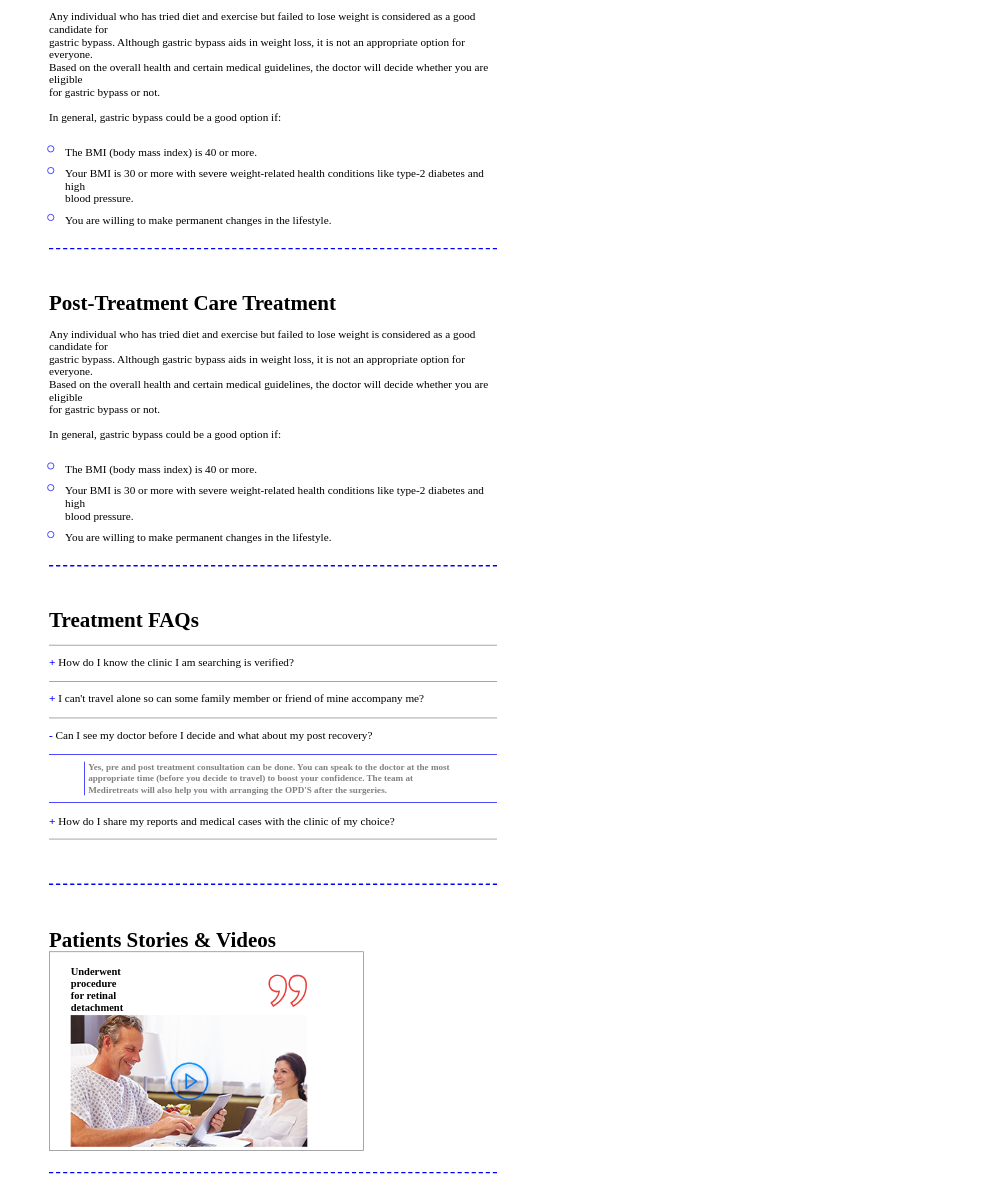
Repository: hetuk2005/webDevelopment
Page: Projects/Aafiya.html
These files come from the project's save history. The page is drawn as it stood at one moment and after the next save; the edit follows.
The browser window is 1280 px wide. The page is 1438 px wide, so the pictures cover 1438 px, including what lies to the right of the window. The pictures show the part of the page from y = 2793 to 4513 px (the page is 4479 px tall before and 4513 px after), at 70% of full size.

Above is the page before, as saved 2025-04-08 10:39:56.

### Projects/Aafiya.html
<!DOCTYPE html>
<html lang="en">

<head>
    <meta charset="UTF-8" />
    <meta name="viewport" content="width=device-width, initial-scale=1.0" />
    <title>Hetuk</title>
    <link rel="stylesheet" href="./CSS/Aafiya.css" />
</head>

<body>
    <nav>
        <div class="child1">
            <div class="images">
                <img src="./Images/Aafiya Logo.svg" alt="Aafiya Logo" class="img1" /><br />
                <img src="./Images/Logo 2.png" alt="Logo" class="img2" />
            </div>
            <div class="image_text">
                <div class="book_text">
                    <img src="./Images/Book.svg" alt="Book" class="img3" />
                    <div class="grid">
                        <br />
                        <p class="text">Second Medical Option</p>
                        <p class="text1">Book Consultation</p>
                    </div>
                </div>
                <div class="call_text">
                    <img src="./Images/Call.svg" alt="Call" class="img4" /><br />
                    <div class="grid">
                        <br />
                        <p class="text">Call Us On</p>
                        <p class="text1">985 896 2222</p>
                    </div>
                </div>
                <div class="mail_text">
                    <img src="./Images/Mail.png" alt="Mail" class="img5" />
                    <div class="grid">
                        <br />
                        <p class="text">Email Us On</p>
                        <p class="text1">info@mediretreats.com</p>
                    </div>
                </div>
                <div class="India">
                    <img src="./Images/India.svg" alt="India Flag" class="img6" />
                    <img src="./Images/Dropdown Arrow.svg" alt="Dropdown Arrow" class="img7" />
                </div>
            </div>
        </div>
        <div class="child2">
            <ul>
                <li>Home</li>
                <li>About Us</li>
                <li>Treatments +</li>
                <li>Destinations +</li>
                <li>Hospitals</li>
                <li>FAQs</li>
                <li>Blog</li>
                <li>Request A Quote</li>
            </ul>
            <input type="search" placeholder="Search" />
        </div>
    </nav>
    <div class="home_img">
        <div class="home_child">
            <p class="home_content">Home</p>
            <span> > </span>
            <p class="home_content">Treatments</p>
            <span> > </span>
            <p class="home_content">Orthopaedics</p>
            <span> > </span>
            <p class="home_content">Knee Replacement</p>
        </div>
        <br />
        <h3>Total Knee Replacement</h3>
        <p class="home_description">
            Total knee replacement is a surgery to remove and replace the whole<br /> damaged knee joint with an artificial joint.
        </p>
        <br />
        <button class="enquire_now">Enquire Now</button>
    </div>
    <div class="nav2">
        <ul>
            <li class="list">Overview</li>
            <li>Eligibility</li>
            <li>Preparation</li>
            <li>About Treatment</li>
            <li>Post-Treatment Care</li>
            <li>Recovery Tips</li>
            <li>FAQs</li>
            <li>Patients Stories</li>
        </ul>
    </div>
    <div class="treatment_overview">
        <div class="treatment_text">
            <h3>Treatment Overview</h3>
            <br />
            <p>
                Lorem ipsum dolor sit amet consectetur adipisicing elit.<br /> Earum, culpa vel debitis incidunt non quis.
            </p>
            <br />
            <p>
                Lorem ipsum dolor sit amet consectetur adipisicing elit.<br /> aliquam repudiandae, corporis consectetur dolorem eum.<br /> facilis quasi, praesentium inventore expedita quo hic.
            </p>
            <br />
            <p>
                Lorem ipsum dolor sit amet culpa vel debitis<br /> consectetur, adipisicing elit. Adipisci, nemo.
            </p>
            <br />
        </div>
        <div class="treatment_img">
            <img src="./Images/treatment_overview (1).jpg" alt="Image" />
        </div>
    </div>
    <div class="eligibility_for_treatment">
        <div class="eligibility_text">
            <h3>Eligibility For Treatment</h3>
            <br />
            <p>
                Any individual who has tried diet and exercise but failed to lose weight is considered as a good candidate for<br /> gastric bypass. Although gastric bypass aids in weight loss, it is not an appropriate option for everyone.<br /> Based
                on the overall health and certain medical guidelines, the doctor will decide whether you are eligible<br /> for gastric bypass or not.
            </p>
            <br />
            <p>In general, gastric bypass could be a good option if:</p>
            <br />
            <ul>
                <li>The BMI (body mass index) is 40 or more.</li>
                <li>
                    Your BMI is 30 or more with severe weight-related health conditions like type-2 diabetes and high<br /> blood pressure.
                </li>
                <li>You are willing to make permanent changes in the lifestyle.</li>
            </ul>
        </div>
        <br /><br /><br />
        <div class="eligibility_form">
            <h3>Need Help?</h3>
            <br />
            <p>
                Just let us know. We will be happy to<br /> assist you.
            </p>
            <br /><br />
            <form>
                <input type="text" placeholder="Full Name" /><br /><br />
                <input type="email" placeholder="Email" /><br /><br />
                <input type="tel" placeholder="Phone Number" /><br /><br />
                <input type="textarea" placeholder="Describe Your Treatment Requirement" class="textarea" /><br /><br />
                <button class="Enquiry">Send Enquiry</button>
            </form>
        </div>
    </div>
    <div class="preparation_of_treatment">
        <h3>Preparation Of Treatment</h3>
        <br />
        <p>
            Any individual who has tried diet and exercise but failed to lose weight is considered as a good candidate for<br /> gastric bypass. Although gastric bypass aids in weight loss, it is not an appropriate option for everyone.<br /> Based on
            the overall health and certain medical guidelines, the doctor will decide whether you are eligible<br /> for gastric bypass or not.
        </p>
        <br />
        <p>In general, gastric bypass could be a good option if:</p>
        <br />
        <ul>
            <li>The BMI (body mass index) is 40 or more.</li>
            <li>
                Your BMI is 30 or more with severe weight-related health conditions like type-2 diabetes and high<br /> blood pressure.
            </li>
            <li>You are willing to make permanent changes in the lifestyle.</li>
        </ul>
    </div>
    <div class="about_treatment">
        <h3>About Treatment</h3>
        <br />
        <p>
            Any individual who has tried diet and exercise but failed to lose weight is considered as a good candidate for<br /> gastric bypass. Although gastric bypass aids in weight loss, it is not an appropriate option for everyone.<br /> Based on
            the overall health and certain medical guidelines, the doctor will decide whether you are eligible<br /> for gastric bypass or not.
        </p>
        <br />
        <p>In general, gastric bypass could be a good option if:</p>
        <br />
        <ul>
            <li>The BMI (body mass index) is 40 or more.</li>
            <li>
                Your BMI is 30 or more with severe weight-related health conditions like type-2 diabetes and high<br /> blood pressure.
            </li>
            <li>You are willing to make permanent changes in the lifestyle.</li>
        </ul>
    </div>
    <div class="post_treatment">
        <h3>Post-Treatment Care Treatment</h3>
        <br />
        <p>
            Any individual who has tried diet and exercise but failed to lose weight is considered as a good candidate for<br /> gastric bypass. Although gastric bypass aids in weight loss, it is not an appropriate option for everyone.<br /> Based on
            the overall health and certain medical guidelines, the doctor will decide whether you are eligible<br /> for gastric bypass or not.
        </p>
        <br />
        <p>In general, gastric bypass could be a good option if:</p>
        <br />
        <ul>
            <li>The BMI (body mass index) is 40 or more.</li>
            <li>
                Your BMI is 30 or more with severe weight-related health conditions like type-2 diabetes and high<br /> blood pressure.
            </li>
            <li>You are willing to make permanent changes in the lifestyle.</li>
        </ul>
    </div>
    <div class="treatment_recovery">
        <h3>Post-Treatment Care Treatment</h3>
        <br />
        <p>
            Any individual who has tried diet and exercise but failed to lose weight is considered as a good candidate for<br /> gastric bypass. Although gastric bypass aids in weight loss, it is not an appropriate option for everyone.<br /> Based on
            the overall health and certain medical guidelines, the doctor will decide whether you are eligible<br /> for gastric bypass or not.
        </p>
        <br />
        <p>In general, gastric bypass could be a good option if:</p>
        <br />
        <ul>
            <li>The BMI (body mass index) is 40 or more.</li>
            <li>
                Your BMI is 30 or more with severe weight-related health conditions like type-2 diabetes and high<br /> blood pressure.
            </li>
            <li>You are willing to make permanent changes in the lifestyle.</li>
        </ul>
    </div>
    <div class="treatment_faqs">
        <h3>Treatment FAQs</h3>
        <br />
        <p>How do I know the clinic I am searching is verified?</p>
        <br />
        <p>
            I can't travel alone so can some family member or friend of mine accompany me?
        </p>
        <br />
        <p class="answered">
            Can I see my doctor before I decide and what about my post recovery?
        </p>
        <br />
        <p class="answer">
            <span class="left">
          Yes, pre and post treatment consultation can be done. You can speak to
          the doctor at the most<br />
          appropriate time (before you decide to travel) to boost your
          confidence. The team at<br />
          Mediretreats will also help you with arranging the OPD'S after the
          surgeries.
        </span>
        </p>
        <br />
        <a class="bottom">
        How do I share my reports and medical cases with the clinic of my
        choice?
      </a>
        <br />
    </div>
    <div class="patient_stories">
        <h3>Patients Stories & Videos</h3>
        <div class="stories_img">
            <div class="text1">
                <p class="stories_text">Underwent procedure<br> for retinal detachment</p>
                <br>
                <img src="./Images/Quotes.svg" alt="Quotes" class="quotes">
            </div>
            <img src="./Images/Patient_Stories.png" alt="Image Of Patient" class="patients" />
        </div>
    </div>
</body>

</html>

### Projects/CSS/Aafiya.css
* {
    margin: 0;
    padding: 0;
    box-sizing: border-box;
}

nav {
    width: 100%;
}

.child1 {
    display: flex;
    padding-top: 15px;
    gap: 20px;
    /* height: 50vh; */
    /* border: 1px solid black; */
    justify-content: space-evenly;
    align-items: center;
}

.img3,
.img4,
.img5 {
    height: 60px;
    width: 60px;
    padding-top: 10px;
    object-fit: contain;
}

.book_text,
.call_text,
.mail_text {
    display: flex;
    width: 250px;
    /* border: 1px solid red; */
    justify-content: center;
    padding-bottom: 15px;
}

.grid {
    display: grid;
    text-align: left;
    padding-left: 10px;
}

.img1 {
    height: 70px;
    width: 300px;
    object-fit: contain;
}

.img2 {
    height: 80px;
    width: 70px;
    object-fit: contain;
}

.image_text {
    display: flex;
    gap: 20px;
    padding-right: 50px;
}

.images {
    display: flex;
    gap: 25px;
    padding-left: 50px;
    justify-content: center;
    align-items: center;
}

.text1 {
    font-weight: bolder;
    font-size: 15px;
}

.text {
    font-weight: bold;
    color: gray;
    font-size: 15px;
}

.India {
    display: flex;
    padding-left: 5px;
    justify-content: center;
    gap: 8px;
}

.India>.img6 {
    height: 50px;
    /* width: 50px; */
    padding-top: 10px;
    object-fit: contain;
}

.India>.img7 {
    height: 40px;
    /* width: 40px; */
    padding-top: 23px;
    object-fit: contain;
}

.child2 {
    display: flex;
    padding-top: 10px;
    /* border: 1px solid black; */
    justify-content: space-evenly;
    align-items: center;
    color: white;
    padding-bottom: 10px;
    background-color: rgb(125, 163, 244);
}

.child2>ul {
    list-style-type: none;
    display: flex;
    gap: 60px;
    justify-content: center;
    font-weight: bold;
    align-items: center;
    font-size: larger;
    padding-right: 60px;
}

.child2>input {
    height: 45px;
    background-color: rgb(125, 163, 244);
    width: 200px;
    padding-left: 10px;
    font-weight: bold;
    border: 2px solid black;
}

.child2>input::placeholder {
    color: white;
    text-align: center;
    font-size: large;
    font-weight: bolder;
    opacity: 0.8;
}

.home_img {
    background-image: url(../Images/Main\ Image.jpg);
    background-position: center center;
    background-size: cover;
    background-repeat: no-repeat;
    padding: 80px 0;
    padding-left: 70px;
    position: relative;
    color: white;
}

.home_img>.home_child {
    display: flex;
    gap: 20px;
}

.home_img>.home_child>.home_content,
span {
    font-size: 20px;
    font-weight: bold;
}

.home_img>h3 {
    font-size: 37px;
    font-weight: bolder;
    margin-bottom: 15px;
}

.home_img>.home_description {
    font-size: 19px;
    margin-bottom: 25px;
    font-weight: bold;
}

.home_img>.home_child>span {
    color: red;
}

.home_img>.enquire_now {
    background-color: #1da1f2;
    font-weight: bold;
    color: white;
    font-size: 17px;
    width: 170px;
    height: 40px;
}

.nav2>ul {
    list-style-type: none;
    display: flex;
    gap: 50px;
    padding-left: 60px;
    padding-top: 25px;
    padding-bottom: 20px;
    border-bottom: 2px solid gray;
    font-size: larger;
    font-weight: 300;
}

.nav2>ul>.list:hover {
    text-decoration: underline;
}

.treatment_overview {
    display: flex;
    width: 100%;
    gap: 50px;
    margin-bottom: 10px;
    border-bottom: 2px dashed blue;
    margin-left: 70px;
}

.treatment_overview>.treatment_text {
    padding-top: 67px;
    padding-bottom: 50px;
}

.treatment_overview>.treatment_text>p {
    font-size: 25px;
    padding-bottom: 25px;
}

.treatment_overview>.treatment_text>h3 {
    font-weight: bold;
    font-size: 30px;
}

.treatment_overview>.treatment_img>img {
    height: 480px;
    width: 700px;
    padding-top: 40px;
    padding-bottom: 40px;
    object-fit: contain;
    margin-right: 70px;
}

.eligibility_for_treatment {
    display: flex;
    width: 100%;
    gap: 80px;
    padding-top: 50px;
    margin-left: 70px;
}

.eligibility_for_treatment>.eligibility_text {
    border-bottom: 2px dashed blue;
}

.eligibility_for_treatment>.eligibility_text>h3 {
    font-size: 30px;
    font-weight: bold;
}

.eligibility_for_treatment>.eligibility_text>ul {
    list-style-type: circle;
    padding-left: 23px;
}

.eligibility_for_treatment>.eligibility_text>ul>li::marker {
    color: blue;
    font-size: 30px;
    font-weight: bold;
}

.eligibility_for_treatment>.eligibility_form>h3 {
    font-size: 35px;
    color: blue;
    font-weight: bold;
    font-style: italic;
}

.eligibility_form {
    box-shadow: 0 0 10px rgba(0, 0, 0, 0.4);
    border-radius: 7px;
    padding: 20px;
}

.eligibility_for_treatment>.eligibility_form>p {
    font-size: 20px;
}

.eligibility_for_treatment>.eligibility_form>form>input {
    height: 40px;
    width: 300px;
    gap: 20px;
    border: 2px solid black;
    border-radius: 7px;
}

.eligibility_for_treatment>.eligibility_form>form>input::placeholder {
    color: gray;
    padding-left: 15px;
}

.eligibility_for_treatment>.eligibility_form>form>.textarea {
    height: 100px;
    width: 300px;
    border: 2px solid black;
    border-radius: 7px;
}


/*.eligibility_for_treatment>.eligibility_form>form>.textarea::placeholder {
    padding-bottom: 70px;
}*/

.eligibility_for_treatment>.eligibility_form>form>button {
    background: linear-gradient(to right, #00aaff, #66ccff);
    color: white;
    width: 100%;
    border-radius: 7px;
    border: none;
    height: 45px;
}

.preparation_of_treatment>h3 {
    font-size: 30px;
    font-weight: bold;
}

.preparation_of_treatment {
    border-bottom: 2px dashed blue;
    margin-bottom: 10px;
    padding-bottom: 30px;
    gap: 50px;
    padding-top: 50px;
    margin-left: 70px;
    width: 50%;
}

.preparation_of_treatment>ul {
    list-style-type: circle;
    padding-left: 23px;
}

.preparation_of_treatment>ul>li::marker {
    color: blue;
    font-size: 30px;
    font-weight: bold;
}

.about_treatment {
    border-bottom: 2px dashed blue;
    margin-bottom: 10px;
    padding-bottom: 30px;
    gap: 50px;
    padding-top: 50px;
    margin-left: 70px;
    width: 50%;
}

.about_treatment>ul {
    list-style-type: circle;
    padding-left: 23px;
}

.about_treatment>ul>li::marker {
    color: blue;
    font-size: 30px;
    font-weight: bold;
}

.about_treatment>h3 {
    font-size: 30px;
    font-weight: bold;
}

.post_treatment {
    border-bottom: 2px dashed blue;
    margin-bottom: 10px;
    padding-bottom: 30px;
    gap: 50px;
    padding-top: 50px;
    margin-left: 70px;
    width: 50%;
}

.post_treatment>ul {
    list-style-type: circle;
    padding-left: 23px;
}

.post_treatment>ul>li::marker {
    color: blue;
    font-size: 30px;
    font-weight: bold;
}

.post_treatment>h3 {
    font-size: 30px;
    font-weight: bold;
}

.treatment_recovery {
    border-bottom: 2px dashed blue;
    margin-bottom: 10px;
    padding-bottom: 30px;
    gap: 50px;
    padding-top: 50px;
    margin-left: 70px;
    width: 50%;
}

.treatment_recovery>ul {
    list-style-type: circle;
    padding-left: 23px;
}

.treatment_recovery>ul>li::marker {
    color: blue;
    font-size: 30px;
    font-weight: bold;
}

.treatment_recovery>h3 {
    font-size: 30px;
    font-weight: bold;
}

.treatment_faqs>h3 {
    font-size: 30px;
    font-weight: bold;
}

.treatment_faqs {
    border-bottom: 2px dashed blue;
    padding-bottom: 45px;
    margin-bottom: 11px;
    gap: 50px;
    padding-top: 50px;
    margin-left: 70px;
    width: 50%;
}

.treatment_faqs>p {
    border-top: 1px solid gray;
    padding-top: 15px;
    counter-reset: value;
}

.treatment_faqs>p::before {
    counter-increment: value;
    content: "+  ";
    font-weight: bold;
    color: blue;
}

.treatment_faqs>.answered {
    counter-reset: value;
}

.treatment_faqs>.answered::before {
    counter-increment: value;
    content: "-  ";
    color: blue;
}

.treatment_faqs>.bottom {
    border-bottom: 1px solid gray;
    display: block;
    padding-bottom: 15px;
    counter-reset: value;
}

.treatment_faqs>.bottom::before {
    counter-increment: value;
    content: "+  ";
    font-weight: bold;
    color: blue;
}

.treatment_faqs>.answer {
    border-top: 1px solid blue;
    border-bottom: 1px solid blue;
    padding-left: 50px;
    padding-top: 10px;
    padding-bottom: 10px;
    counter-reset: value;
}

.treatment_faqs>.answer::before {
    counter-increment: value;
    content: "";
    color: blue;
}

.treatment_faqs>.answer>.left {
    border-left: 1px solid blue;
    display: block;
    font-size: small;
    padding-left: 5px;
    color: gray;
}

.patient_stories {
    border-bottom: 2px dashed blue;
    margin-bottom: 10px;
    padding-bottom: 30px;
    gap: 50px;
    padding-top: 50px;
    margin-left: 70px;
    width: 50%;
}

.patient_stories>h3 {
    font-size: 30px;
    font-weight: bold;
}

.patient_stories>.stories_img {
    border: 1px solid gray;
    width: 450px;
    padding-left: 30px;
    padding-top: 20px;
}

.patient_stories>.stories_img>.text1 {
    display: flex;
    font-size: 15px;
    font-weight: bold;
}

.patient_stories>.stories_img>.text1>.quotes {
    height: 70px;
    width: 70px;
    margin-right: 100px;
    margin-left: 200px;
    object-fit: contain;
}

After the next save:
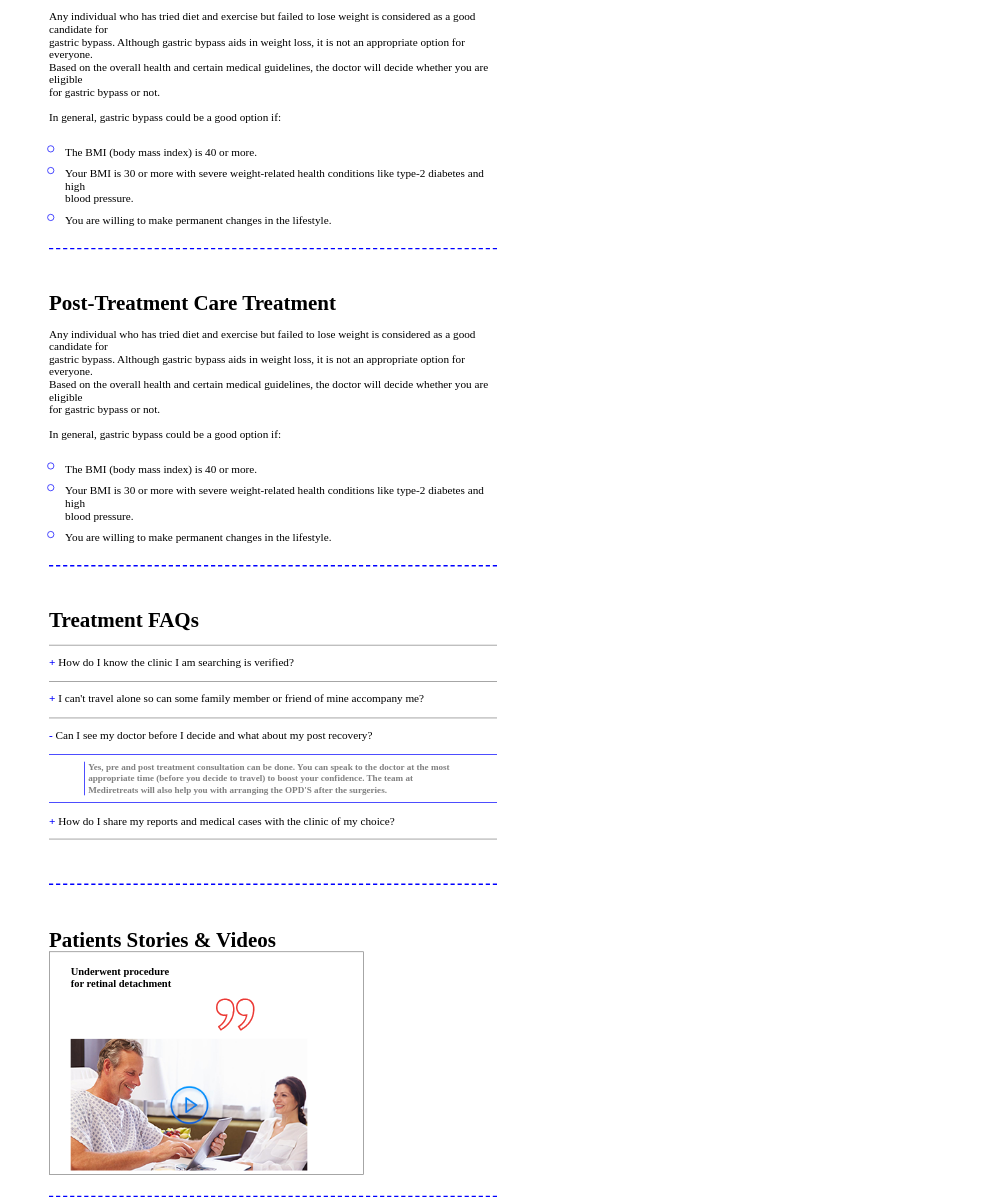
Saved 27 s later.
--- a/Projects/CSS/Aafiya.css
+++ b/Projects/CSS/Aafiya.css
@@ -517,7 +517,8 @@ span {
 }
 
 .patient_stories>.stories_img>.text1 {
-    display: flex;
+    display: grid;
+    grid-template-columns: repeat(2, 1fr);
     font-size: 15px;
     font-weight: bold;
 }
@@ -525,7 +526,7 @@ span {
 .patient_stories>.stories_img>.text1>.quotes {
     height: 70px;
     width: 70px;
-    margin-right: 100px;
+    /* margin-right: 100px; */
     margin-left: 200px;
     object-fit: contain;
 }
